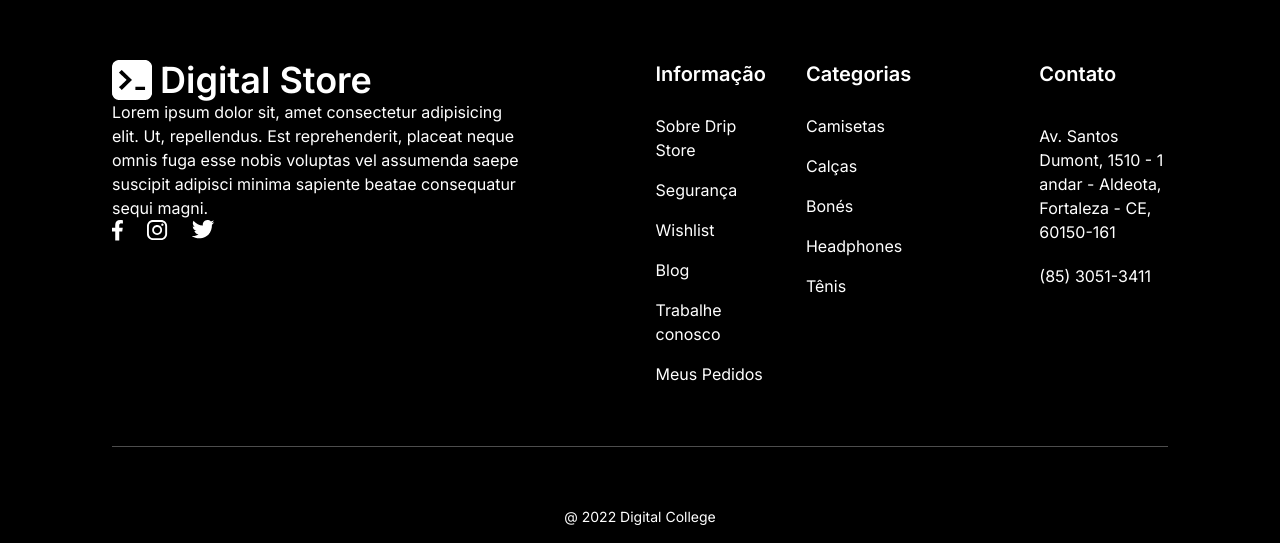
Repository: geracao-09/digital-store
Page: index.html
These files come from the project's save history. The page is drawn as it stood at one moment and after a run of saves; the edit follows.
The browser window is 1280 px wide. The pictures show the part of the page from y = 3410 to 3953 px (the page is 3953 px tall before and 3833 px after).
A picture or video elsewhere on the page could not be fetched, so the positions and the page height are approximate.

Above is the page before, as saved 2025-04-25 09:05:25.

### index.html
<!DOCTYPE html>
<html lang="pt-br">
<head>
    <meta charset="UTF-8">
    <meta name="viewport" content="width=device-width, initial-scale=1.0">
    <title>Digital Store</title>
    <link href="./style.css" rel="stylesheet">
    <script src="https://cdn.jsdelivr.net/npm/@tailwindcss/browser@4"></script>
    <link rel="shortcut icon" href="/assets/digital-logo.svg" type="image/x-icon">
</head>
<body>
<header class="flex flex-col gap-12 px-[108px] py-[38px]">
    <div class="flex items-center justify-between">
        <div class="flex gap-1">
            <img src="/assets/digital-logo.svg" alt="Logo da Digital Store">
            <h1 class="text-4xl text-(--primary-color) font-semibold">Digital Store</h1>
        </div>
        <input type="text" placeholder="Pesquisar produto..." class="bg-(--light-gray-3) py-2 px-3 rounded-lg ml-40 mr-14 bg-[url(/assets/icons/search.svg)] bg-no-repeat bg-right focus:placeholder-transparent w-[560px]" />
        <div>
            <a href="#" class="bg-(--primary-color) text-white rounded-lg px-7 py-3 font-bold text-sm">
                Entrar
            </a>
        </div>
        <div class="relative">
            <img src="/assets/icons/cart.svg" alt="Imagem de um carrinho de compras">
            <div class="flex justify-center items-center absolute bg-(--tertiary-color) text-white font-bold text-xs rounded-full w-[18px] h-[18px] bottom-[15px] left-3">
                2
            </div>
        </div>
    </div>
    </div>
    <nav class="pl-32">
        <ul class="flex gap-6 text-(--dark-gray-2)">
            <li class="hover:text-(--primary-color) hover:font-bold">
                <a href="#">
                Home
            </a>
        </li>
            <li class="hover:text-(--primary-color) hover:font-bold">
                <a href="#">
                Produtos
            </a>
        </li>
            <li class="hover:text-(--primary-color) hover:font-bold">
                <a href="#">
                Categorias
            </a>
        </li>
            <li class="hover:text-(--primary-color) hover:font-bold">
                <a href="#">
                Meus Pedidos
            </a>
        </li>
        </ul>
    </nav>
</header>
<main>
    <section class="flex px-[108px] bg-(--light-gray-3) py-[78px] h-[680px] relative">
        <div class="flex flex-col gap-5 w-[466px]">
            <p class="text-(--warning-color) font-bold">
                Melhores ofertas personalizadas
            </p>
            <h2 class="font-extrabold text-6xl">
                Queima de estoque Nike 🔥
            </h2>
            <p class="text-(--dark-gray-2) text-lg">
                Consequat culpa exercitation mollit nisi excepteur do do tempor laboris eiusmod irure consectetur.
            </p>
            <a href="#" class="flex items-center justify-center bg-(--primary-color) text-(--light-gray-3) font-bold w-[220px] h-[48px] rounded-lg">
                Ver Ofertas
            </a>
        </div>
        <img src="/assets/pictures/white-sneakers.svg" alt="Foto de um tenis branco" class="absolute right-28 bottom-8"/>
        <img src="/assets/ornaments/ornament.svg" alt="Firula do site - by wendell" class="absolute top-12 right-8">
    </section>
    <section class="flex flex-col gap-15 px-[108px] py-[42px]">
        <div class="flex flex-col gap-10">
            <h4 class="text-(--dark-gray-2) font-bold text-2xl">
                Coleções em destaque
            </h4>
            <ul class="grid grid-cols-3 gap-3.5 h-68">
                <li  class="flex bg-[#D8E3F2] pl-8 pt-8 rounded-md relative bg-[url(/assets/pictures/star-wars-shirt-pic.svg)] bg-no-repeat bg-bottom-right">
                    <div class="w-1/2 z-10">
                    <p class="bg-[#E7FF86] rounded-4xl font-bold text-(--dark-gray-2) w-[96px] text-center py-1.5 text-sm">
                        30% OFF
                    </p>
                    <h5 class="font-bold text-(--dark-gray) text-4xl mt-2.5 mb-8">
                        Novo drop Supreme
                    </h5>
                    <a href="#" class="text-(--primary-color) bg-white rounded-xl font-bold px-12 py-4.5">
                        Comprar
                    </a>
                </div>
                </li>
                <li  class="flex bg-[#D8E3F2] pl-8 pt-8 rounded-md relative bg-[url(/assets/pictures/sneaks-pic.svg)] bg-no-repeat bg-bottom-right">
                    <div class="w-1/2 z-10">
                    <p class="bg-[#E7FF86] rounded-4xl font-bold text-(--dark-gray-2) w-[96px] text-center py-1.5 text-sm">
                        30% OFF
                    </p>
                    <h5 class="font-bold text-(--dark-gray) text-4xl mt-2.5 mb-8">
                        Coleção Adidas
                    </h5>
                    <a href="#" class="text-(--primary-color) bg-white rounded-xl font-bold px-12 py-4.5">
                        Comprar
                    </a>
                </div>
                </li>
                <li  class="flex bg-[#D8E3F2] pl-8 pt-8 rounded-md relative bg-[url(/assets/pictures/headphone-pic.svg)] bg-no-repeat bg-bottom-right">
                    <div class="w-1/2 z-10">
                    <p class="bg-[#E7FF86] rounded-4xl font-bold text-(--dark-gray-2) w-[96px] text-center py-1.5 text-sm">
                        30% OFF
                    </p>
                    <h5 class="font-bold text-(--dark-gray) text-4xl mt-2.5 mb-8">
                        Novo<br> Beats Bass
                    </h5>
                    <a href="#" class="text-(--primary-color) bg-white rounded-xl font-bold px-12 py-4.5">
                        Comprar
                    </a>
                </div>
                </li>
            </ul>
        </div>
        <div class="bg-[url(/assets/icons/house-border.svg)] bg-no-repeat bg-center object-contain flex flex-col items-center gap-5 pt-5.5 h-[318px]">
            <h1 class="font-bold text-2xl text-(--dark-gray-2)">
                Coleções em destaque
            </h1>
            <ul class="flex gap-8">
                <li><a href="#">
                    <div class="bg-[url(/assets/icons/t-shirt.svg)] w-[104px] h-[104px] bg-white bg-no-repeat bg-center rounded-full"></div>
                    <p class="font-bold text-sm text-(--dark-gray-2) text-center">Camisetas</p>
                </a></li>
                <li><a href="#">
                    <div class="bg-[url(/assets/icons/pants.svg)] w-[104px] h-[104px] bg-white bg-no-repeat bg-center rounded-full"></div>
                    <p class="font-bold text-sm text-(--dark-gray-2) text-center">Calças</p>
                </a></li>
                <li><a href="#">
                    <div class="bg-[url(/assets/icons/cap.svg)] w-[104px] h-[104px] bg-white bg-no-repeat bg-center rounded-full"></div>
                    <p class="font-bold text-sm text-(--dark-gray-2) text-center">Bonés</p>
                </a></li>
                <li><a href="#">
                    <div class="bg-[url(/assets/icons/headphones.svg)] w-[104px] h-[104px] bg-white bg-no-repeat bg-center rounded-full"></div>
                    <p class="font-bold text-sm text-(--dark-gray-2) text-center">Headphones</p>
                </a></li>
                <li><a href="#">
                    <div class="bg-[url(/assets/icons/sneakers.svg)] w-[104px] h-[104px] bg-white bg-no-repeat bg-center rounded-full"></div>
                    <p class="font-bold text-sm text-(--dark-gray-2) text-center">Tênis</p>
                </a></li>
            </ul>
        </div>
    </section>
    <section class="px-[108px]">
        <div class="flex justify-between mb-5">
            <h4 class="text-(--dark-gray-2) font-bold text-2xl">
                Produtos em  alta
            </h4>
            <div class="flex gap-2 items-center">
                <a href="#" class="text-(--primary-color) text-[18px]">
                    Ver todos
                </a>
                <img src="/assets/ornaments/arrow-right.svg" alt="Flecha apontando pra direita" class="w-[24px]">
            </div>
        </div>
        <ul class="grid grid-cols-4">
            <li class="mb-5">
            <div class="bg-[url(/assets/pictures/sneaks-pic2.svg)] w-[292px] h-[320px] bg-white bg-no-repeat bg-center relative">
                <div class="flex justify-center items-center bg-[#E7FF86] font-bold text-sm h-[32px] w-[96px] rounded-4xl absolute left-5 top-5">50% off</div>
            </div>
                <div>
                    <p class="text-xs text-(--light-gray) font-bold">
                        Tênis
                    </p>
                    <h5 class="text-2xl text-(--dark-gray-2)">
                        K-Swiss V8 - Masculino
                    </h5>
                    <div class="flex gap-2">
                    <h5 class="text-(--light-gray) line-through text-2xl">
                        $200
                    </h5>
                    <h5 class="font-bold text-2xl">
                        $100
                    </h5>
                </div>
            </div>
            </li>
            <li class="mb-5">
            <div class="bg-[url(/assets/pictures/sneaks-pic2.svg)] w-[292px] h-[320px] bg-white bg-no-repeat bg-center relative">
                <div class="flex justify-center items-center bg-[#E7FF86] font-bold text-sm h-[32px] w-[96px] rounded-4xl absolute left-5 top-5">50% off</div>
            </div>
                <div>
                    <p class="text-xs text-(--light-gray) font-bold">
                        Tênis
                    </p>
                    <h5 class="text-2xl text-(--dark-gray-2)">
                        K-Swiss V8 - Masculino
                    </h5>
                    <div class="flex gap-2">
                    <h5 class="text-(--light-gray) line-through text-2xl">
                        $200
                    </h5>
                    <h5 class="font-bold text-2xl">
                        $100
                    </h5>
                </div>
            </div>
            </li>
            <li class="mb-5">
            <div class="bg-[url(/assets/pictures/sneaks-pic2.svg)] w-[292px] h-[320px] bg-white bg-no-repeat bg-center relative">
            </div>
                <div>
                    <p class="text-xs text-(--light-gray) font-bold">
                        Tênis
                    </p>
                    <h5 class="text-2xl text-(--dark-gray-2)">
                        K-Swiss V8 - Masculino
                    </h5>
                    <h5 class="font-bold text-2xl">
                        $100
                    </h5>
            </div>
            </li>
            <li class="mb-5">
            <div class="bg-[url(/assets/pictures/sneaks-pic2.svg)] w-[292px] h-[320px] bg-white bg-no-repeat bg-center relative">
            </div>
                <div>
                    <p class="text-xs text-(--light-gray) font-bold">
                        Tênis
                    </p>
                    <h5 class="text-2xl text-(--dark-gray-2)">
                        K-Swiss V8 - Masculino
                    </h5>
                    <h5 class="font-bold text-2xl">
                        $100
                    </h5>
            </div>
            </li>
            <li class="mb-5">
            <div class="bg-[url(/assets/pictures/sneaks-pic2.svg)] w-[292px] h-[320px] bg-white bg-no-repeat bg-center relative">
            </div>
                <div>
                    <p class="text-xs text-(--light-gray) font-bold">
                        Tênis
                    </p>
                    <h5 class="text-2xl text-(--dark-gray-2)">
                        K-Swiss V8 - Masculino
                    </h5>
                    <h5 class="font-bold text-2xl">
                        $100
                    </h5>
            </div>
            </li>
            <li class="mb-5">
            <div class="bg-[url(/assets/pictures/sneaks-pic2.svg)] w-[292px] h-[320px] bg-white bg-no-repeat bg-center relative">
            </div>
                <div>
                    <p class="text-xs text-(--light-gray) font-bold">
                        Tênis
                    </p>
                    <h5 class="text-2xl text-(--dark-gray-2)">
                        K-Swiss V8 - Masculino
                    </h5>
                    <h5 class="font-bold text-2xl">
                        $100
                    </h5>
            </div>
            </li>
            <li class="mb-5">
            <div class="bg-[url(/assets/pictures/sneaks-pic2.svg)] w-[292px] h-[320px] bg-white bg-no-repeat bg-center relative">
            </div>
                <div>
                    <p class="text-xs text-(--light-gray) font-bold">
                        Tênis
                    </p>
                    <h5 class="text-2xl text-(--dark-gray-2)">
                        K-Swiss V8 - Masculino
                    </h5>
                    <h5 class="font-bold text-2xl">
                        $100
                    </h5>
            </div>
            </li>
            <li class="mb-5">
            <div class="bg-[url(/assets/pictures/sneaks-pic2.svg)] w-[292px] h-[320px] bg-white bg-no-repeat bg-center relative">
            </div>
                <div>
                    <p class="text-xs text-(--light-gray) font-bold">
                        Tênis
                    </p>
                    <h5 class="text-2xl text-(--dark-gray-2)">
                        K-Swiss V8 - Masculino
                    </h5>
                    <h5 class="font-bold text-2xl">
                        $100
                    </h5>
            </div>
            </li>

        </ul>
    </section>
    <section class="flex justify-center items-center bg-white py-20 px-18 gap-28">
        <div>
            <div class="w-[456px] h-[456px] bg-linear-(--secondary-gradient) rounded-full  relative">
                <img src="/assets/pictures/ei-jordao.svg" alt="" class="w-[574px] absolute top-[12%] right-[12%] scale-135">
            </div>
        </div>
        <div class="flex flex-col gap-4 w-[40%]">
            <p class="text-sm text-(--primary-color) font-bold">
                Oferta especial
            </p>
            <h2 class="font-bold text-(--dark-gray-2) text-5xl">
                Air Jordan edição de colecionador
            </h2>
            <p class="text-(--dark-gray-2)">
                Lorem ipsum dolor sit amet, consectetur adipiscing elit, sed do eiusmod tempor incididunt ut labore et dolore magna aliqua. Ut enim ad minim veniam, quis nostrud exercitation ullamco laboris nisi ut aliquip
            </p>
            <a href="#" class="flex items-center justify-center bg-(--primary-color) text-(--light-gray-3) font-bold w-[220px] h-[48px] rounded-lg mt-6">
                Ver Ofertas
            </a>
        </div>
    </section>
</main>
<footer class="bg-black text-white pt-20 pb-4 px-28 flex flex-col gap-15">
    <div class="flex gap-32">
        <div  class="flex flex-col">
            <div class="flex gap-2">
                <img src="/assets/white-logo.svg" alt="Logo da Digital em branco">
                <h4 class="font-semibold text-4xl">Digital Store</h4>
            </div>
        <div>
            <p>Lorem ipsum dolor sit, amet consectetur adipisicing elit. Ut, repellendus. Est reprehenderit, placeat neque omnis fuga esse nobis voluptas vel assumenda saepe suscipit adipisci minima sapiente beatae consequatur sequi magni.</p>
        </div>
        <div>
            <ul class="flex gap-6">
                <li><img src="/assets/icons/facebook.svg" alt="logo da facebook"></li>
                <li><img src="/assets/icons/instagram.svg" alt="logo do instagram"></li>
                <li><img src="/assets/icons/twitter.svg" alt="logo da twitter, vulgo, X"></li>
            </ul>
        </div>
    </div>
        <div class="flex gap-10">
            <ul class="flex flex-col gap-4 list-none">
                <li class="font-semibold text-xl mb-2.5">Informação</li>
                <li><a href="#">
                    Sobre Drip Store
                </a></li>
                <li><a href="#">
                    Segurança
                </a></li>
                <li><a href="#">
                    Wishlist
                </a></li>
                <li><a href="#">
                    Blog
                </a></li>
                <li><a href="#">
                    Trabalhe conosco
                </a></li>
                <li><a href="#">
                    Meus Pedidos
                </a></li>
            </ul>
            <ul class="flex flex-col gap-4 list-none">
                <li class="font-semibold text-xl mb-2.5">Categorias</li>
                <li><a href="#">
                    Camisetas
                </a></li>
                <li><a href="#">
                    Calças
                </a></li>
                <li><a href="#">
                    Bonés
                </a></li>
                <li><a href="#">
                    Headphones
                </a></li>
                <li><a href="#">
                    Tênis
                </a></li>
            </ul>
        </div>
        <div class="flex flex-col gap-5">
            <h6 class="font-semibold text-xl mb-4">Contato</h6>
            <p>Av. Santos Dumont, 1510 - 1 andar - Aldeota, Fortaleza - CE, 60150-161</p>
            <p>(85) 3051-3411</p>
        </div>
    </div>
    <hr class="opacity-30">
    <div class="text-center">
        <p class="text-sm">@ 2022 Digital College</p>
    </div>
</footer>
</body>
</html>

### style.css
@import url('https://fonts.googleapis.com/css2?family=Inter:ital,opsz,wght@0,14..32,100..900;1,14..32,100..900&display=swap');

:root {
    --dark-gray: #1F1F1F;
    --dark-gray-2: #474747;
    --dark-gray-3: #666666;
    --light-gray: #8F8F8F;
    --light-gray-2: #CCCCCC;
    --light-gray-3: #F5F5F5;
    --white: #FFFFFF;
    --primary-color: #C92071;
    --secondary-color: #B5B6F2;
    --tertiary-color: #991956;
    --error-color: #EE4266;
    --success-color: #52CA76;
    --warning-color: #F6AA1C;
    --primary-gradient: 180deg,#C92071, #EDABCA;
    --secondary-gradient: 180deg, #B5B6F2, #EFEFFF;
}

* {
    font-family: "Inter", sans-serif;
    box-sizing: border-box;
}

main {
    background-color: #F9F8FE;
}

### assets/icons/instagram.svg
<svg width="21" height="21" viewBox="0 0 21 21" fill="none" xmlns="http://www.w3.org/2000/svg">
<path d="M15.3772 3.59082C15.0646 3.59082 14.7647 3.71504 14.5436 3.93614C14.3225 4.15725 14.1982 4.45713 14.1982 4.76982C14.1981 4.92473 14.2285 5.07815 14.2877 5.22131C14.3469 5.36447 14.4337 5.49456 14.5432 5.60415C14.6527 5.71373 14.7827 5.80066 14.9258 5.85998C15.0689 5.91929 15.2223 5.94982 15.3772 5.94982C15.6899 5.94982 15.9898 5.82561 16.2109 5.6045C16.432 5.38339 16.5562 5.08351 16.5562 4.77082C16.5564 4.61591 16.526 4.46249 16.4668 4.31933C16.4076 4.17617 16.3208 4.04608 16.2113 3.93649C16.1018 3.82691 15.9718 3.73997 15.8287 3.68066C15.6856 3.62135 15.5322 3.59082 15.3772 3.59082Z" fill="white"/>
<path d="M10.1361 5.10303C8.82331 5.10435 7.56467 5.62637 6.63631 6.55454C5.70794 7.48272 5.18567 8.74126 5.18408 10.054C5.18567 11.3669 5.70791 12.6255 6.63625 13.5539C7.56458 14.4822 8.82322 15.0044 10.1361 15.006C11.449 15.0044 12.7076 14.4822 13.6359 13.5539C14.5643 12.6255 15.0865 11.3669 15.0881 10.054C15.0865 8.74126 14.5642 7.48272 13.6359 6.55454C12.7075 5.62637 11.4489 5.10435 10.1361 5.10303ZM10.1361 13.226C9.29489 13.2252 8.48838 12.8906 7.89366 12.2957C7.29894 11.7008 6.96461 10.8942 6.96408 10.053C6.96488 9.21201 7.29933 8.40566 7.89402 7.81096C8.48871 7.21627 9.29506 6.88182 10.1361 6.88103C10.9771 6.88182 11.7835 7.21627 12.3782 7.81096C12.9728 8.40566 13.3073 9.21201 13.3081 10.053C13.3076 10.8942 12.9732 11.7008 12.3785 12.2957C11.7838 12.8906 10.9773 13.2252 10.1361 13.226Z" fill="white"/>
<path d="M14.0681 20.108H6.03607C4.43499 20.1061 2.90003 19.4693 1.7679 18.3371C0.635768 17.205 -0.00107705 15.67 -0.00292969 14.069V6.04098C-0.00134169 4.43973 0.635388 2.90451 1.76755 1.77216C2.89971 0.639813 4.43482 0.00282968 6.03607 0.000976562H14.0641C15.6651 0.0028292 17.2001 0.639674 18.3322 1.7718C19.4644 2.90394 20.1012 4.4389 20.1031 6.03998V14.068C20.1015 15.6685 19.4653 17.2031 18.334 18.3354C17.2027 19.4676 15.6686 20.1051 14.0681 20.108ZM6.03607 1.89297C4.93662 1.8943 3.88259 2.33164 3.10516 3.10907C2.32773 3.88649 1.8904 4.94053 1.88907 6.03998V14.068C1.88881 15.1685 2.32544 16.224 3.10304 17.0028C3.88064 17.7815 4.93558 18.2197 6.03607 18.221H14.0641C15.1638 18.2199 16.2182 17.7827 16.996 17.0053C17.7738 16.2279 18.2115 15.1737 18.2131 14.074V6.04597C18.2115 4.94626 17.7738 3.89208 16.996 3.11465C16.2182 2.33722 15.1638 1.90003 14.0641 1.89898L6.03607 1.89297Z" fill="white"/>
</svg>

### assets/icons/pants.svg
<svg width="64" height="64" viewBox="0 0 64 64" fill="none" xmlns="http://www.w3.org/2000/svg">
<path d="M20.3125 0.149998C19.7875 0.450001 19.7625 0.612499 19.75 2.9125V5.125L13.3625 32.25C9.41247 49.075 6.99997 59.55 7.02497 59.8375C7.04997 60.15 7.16247 60.3625 7.37497 60.525C7.69997 60.7625 18.2875 64 18.7375 64C18.875 64 19.125 63.875 19.3 63.7125C19.525 63.525 21.775 58.3875 27.075 46C31.1875 36.4125 34.575 28.525 34.6125 28.475C34.6875 28.3875 39.375 39.175 39.375 39.4125C39.375 39.4625 38.225 39.5 36.8125 39.5C34.25 39.5 34.2375 39.5 33.9375 39.8125L33.625 40.1125V45.3V50.4875L33.9125 50.8125C34.1625 51.1 34.625 51.2125 39.7875 52.25C43.6875 53.025 45.4625 53.3375 45.6625 53.2625C45.8125 53.2 48.3875 50.95 51.375 48.2625C55.8 44.2875 56.8375 43.2875 56.975 42.9125C57.1 42.5625 57.125 41.8375 57.1 40.25L57.05 38.0625L53.375 21.9375L49.7 5.8125L49.6375 3.2125L49.5625 0.599998L49.2125 0.299999L48.8625 0H34.7125C24.3 0.0125008 20.5 0.0499992 20.3125 0.149998ZM26.125 3.1875V4.25H24H21.875V3.1875V2.125H24H26.125V3.1875ZM31.5 3.1875V4.25H29.875H28.25V3.1875V2.125H29.875H31.5V3.1875ZM35.75 3.1875V4.25H34.6875H33.625V3.1875V2.125H34.6875H35.75V3.1875ZM41.1 3.2125L41.1375 4.25H39.5H37.875V3.1875V2.1125L39.475 2.15L41.0625 2.1875L41.1 3.2125ZM47.5 3.1875V4.25H45.375H43.25V3.1875V2.125H45.375H47.5V3.1875ZM26.125 7.775C26.125 9.4375 25.875 10.1375 25.025 10.9C24.3125 11.5375 23.5125 11.75 21.7875 11.75C20.4875 11.75 20.3625 11.725 20.425 11.525C20.5 11.3 21.625 6.5 21.625 6.425C21.625 6.4 22.6375 6.375 23.875 6.375H26.125V7.775ZM33.625 15.8375V25.3125L25.8625 43.4375C21.5875 53.4 18.0875 61.575 18.075 61.5875C18.0375 61.6375 9.59997 59.125 9.42497 59.0125C9.32497 58.9625 10.9625 51.8 14.575 36.4375C17.4875 24.0625 19.875 13.925 19.875 13.9C19.875 13.8875 20.625 13.875 21.55 13.875C24.225 13.875 25.3125 13.55 26.575 12.35C27.8 11.1875 28.25 9.95 28.25 7.6875V6.375H30.9375H33.625V15.8375ZM37.875 14.6625V22.95L37.225 23.4375C36.8625 23.7 36.375 24.05 36.1625 24.225L35.75 24.525V15.45V6.375H36.8125H37.875V14.6625ZM41.1375 8.125C41.225 10.0625 41.325 10.4625 42 11.4625C42.5625 12.3125 43.2375 12.9 44.1625 13.325C45.1 13.75 45.925 13.875 47.7625 13.875C49.325 13.875 49.375 13.8875 49.4375 14.15C50.875 20.25 54.875 38.425 54.875 38.875V39.5H48.325H41.775L39.075 33.2C37.5875 29.7375 36.375 26.85 36.375 26.7875C36.3875 26.7375 37.1125 26.15 37.9875 25.5C38.875 24.85 39.6875 24.1625 39.8 23.975C39.975 23.6875 40 22.6875 40 15V6.3625L40.5375 6.4L41.0625 6.4375L41.1375 8.125ZM48.275 9C48.6 10.4125 48.8625 11.6125 48.8625 11.675C48.875 11.725 48.125 11.7625 47.225 11.725C45.675 11.6875 45.5125 11.65 44.9 11.325C43.625 10.625 43.25 9.825 43.25 7.8125V6.375L45.4625 6.4L47.6875 6.4375L48.275 9ZM54.875 41.9375C54.875 42.1875 53.9125 43.1125 49.95 46.6875L45.025 51.125L40.6625 50.25C38.275 49.775 36.1875 49.35 36.0375 49.3125L35.75 49.25V45.4375V41.625H45.3125H54.875V41.9375Z" fill="#8F8F8F"/>
</svg>

Loaded but not shown: assets/icons/headphones.svg (8 lines, source omitted)

After the next 2 saves:
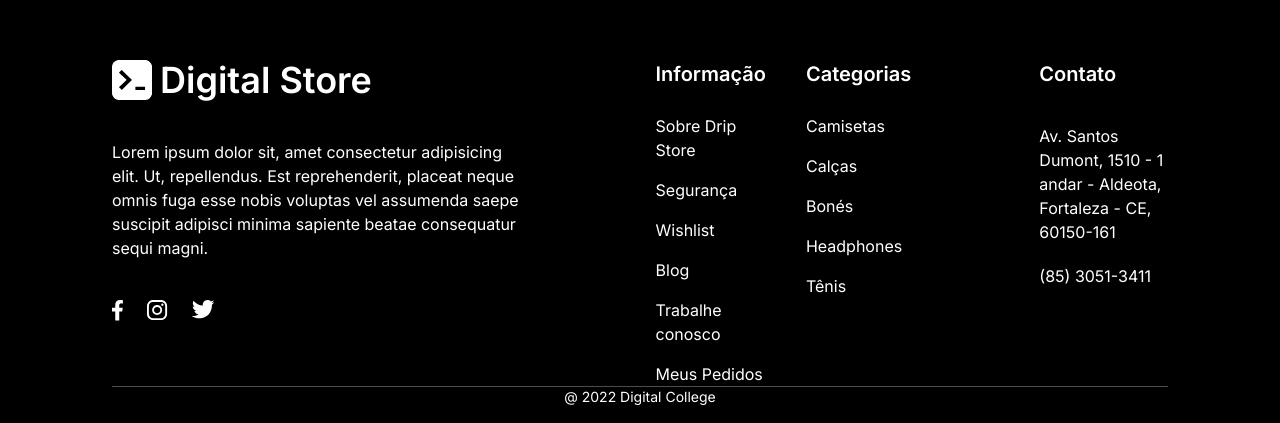
The 2 saves are shown as one change because they came seconds apart.
The last was saved 8 s later.
--- a/index.html
+++ b/index.html
@@ -318,9 +318,9 @@
         </div>
     </section>
 </main>
-<footer class="bg-black text-white pt-20 pb-4 px-28 flex flex-col gap-15">
+<footer class="bg-black text-white pt-20 pb-4 px-28 flex flex-col">
     <div class="flex gap-32">
-        <div  class="flex flex-col">
+        <div  class="flex flex-col gap-10">
             <div class="flex gap-2">
                 <img src="/assets/white-logo.svg" alt="Logo da Digital em branco">
                 <h4 class="font-semibold text-4xl">Digital Store</h4>
